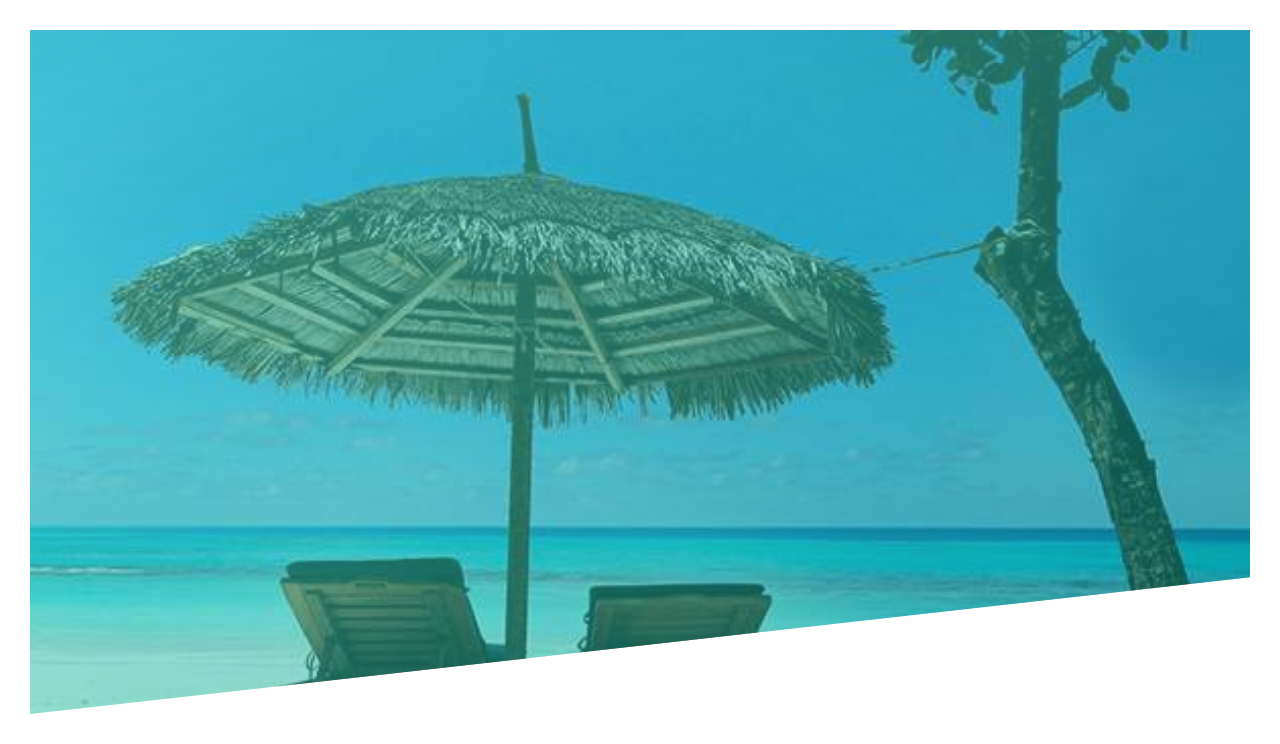
Repository: Azariagmt/tour-and-travel
Page: index.html
An editor plug-in stored every save of this project. The page is shown before and after the next save, followed by the edit.
The browser window is 1280 px wide. The pictures show the whole page.

Above is the page before, as saved 2020-03-24 16:35:27.

### index.html
<!DOCTYPE html>
<!--[if lt IE 7]>      <html class="no-js lt-ie9 lt-ie8 lt-ie7"> <![endif]-->
<!--[if IE 7]>         <html class="no-js lt-ie9 lt-ie8"> <![endif]-->
<!--[if IE 8]>         <html class="no-js lt-ie9"> <![endif]-->
<!--[if gt IE 8]><!--> <html class="no-js"> <!--<![endif]-->
    <head>
        <meta charset="utf-8">
        <meta http-equiv="X-UA-Compatible" content="IE=edge">
        <title></title>
        <meta name="description" content="">
        <meta name="viewport" content="width=device-width, initial-scale=1">
        <link href="https://fonts.googleapis.com/css?family=Lato&display=swap" rel="stylesheet">
        <link rel="stylesheet" href="css/style.css">
    </head>
    <body>
        <!--[if lt IE 7]>
            <p class="browsehappy">You are using an <strong>outdated</strong> browser. Please <a href="#">upgrade your browser</a> to improve your experience.</p>
        <![endif]-->
        <header class="header">

        </header>
        <script src="" async defer></script>
    </body>
</html>

### css/style.css
* {
  margin: 0;
  padding: 0;
  box-sizing: border-box;
}

body {
  font-family: "Lato", sans-serif;
  font-weight: 400;
  font-size: 16px;
  line-height: 1.7;
  color: #777777;
  padding: 30px;
}

.header {
  height: 95vh;
  background-image: linear-gradient(to right bottom, #64ffdb8b, #00897b84),
    url(../img/2.jpg);
  background-size: cover;
  background-position: top;
  clip-path: polygon(0 0, 100% 0, 100% 80%, 0% 100%);
}

After the next save:
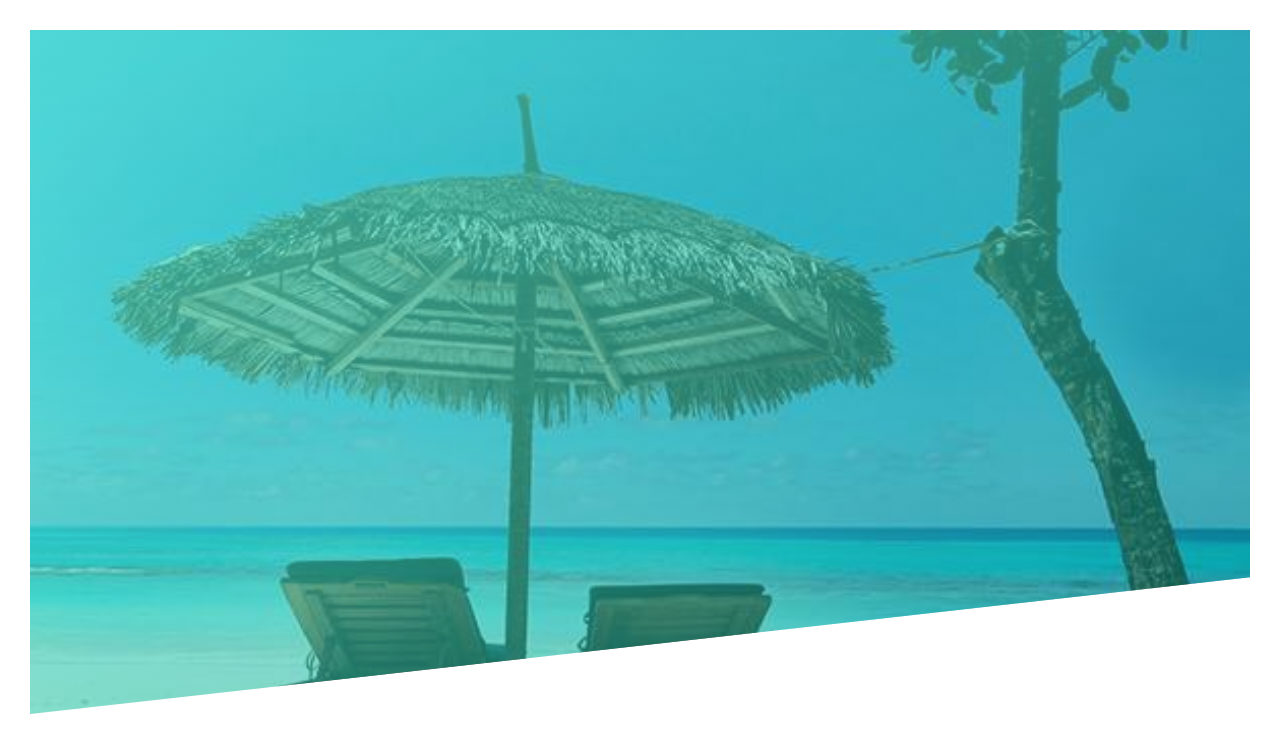
Saved 2 min 22 s later.
--- a/css/style.css
+++ b/css/style.css
@@ -15,7 +15,7 @@
 
 .header {
   height: 95vh;
-  background-image: linear-gradient(to right bottom, #64ffdb8b, #00897b84),
+  background-image: linear-gradient(to right bottom, #64ffdbb9, #00897b84),
     url(../img/2.jpg);
   background-size: cover;
   background-position: top;
